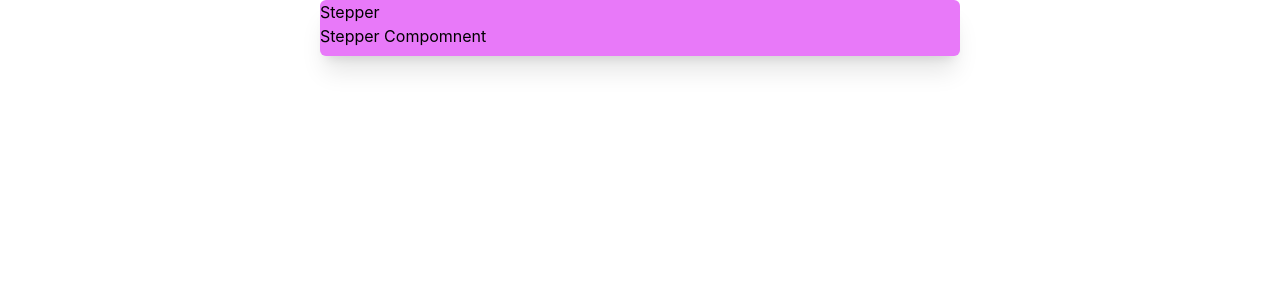
Repository: OmniaRafat232111121/reactstepper
Page: /
These files come from the project's save history. The page is drawn as it stood at one moment and after the next save; the edit follows.
The browser window is 1280 px wide. The pictures show the whole page.
The project was rebuilt for these pictures with package versions that can differ from the ones it lists, and the page was loaded fresh each time. Also part of the build but not shown: src/App.css.

Above is the page before, as saved 2023-02-21 16:51:08.

After the next save:
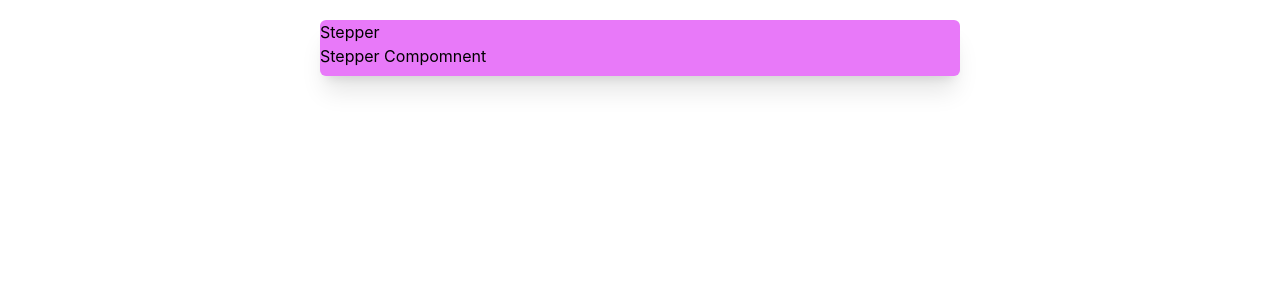
Saved 6 s later.
--- a/src/App.js
+++ b/src/App.js
@@ -4,7 +4,7 @@ import Stepper from './Component/Stepper';
 import StepperControl from './Component/StepperControl';
 function App() {
   return (
-    <div className="md:w-1/2 mx-auto  rounded-md shadow-xl bg-fuchsia-400 pb-2 mt-">
+    <div className="md:w-1/2 mx-auto  rounded-md shadow-xl bg-fuchsia-400 pb-2 mt-5">
      {/*stepper*/}
      <Stepper/>
      {/*StepperCOntrol*/}
